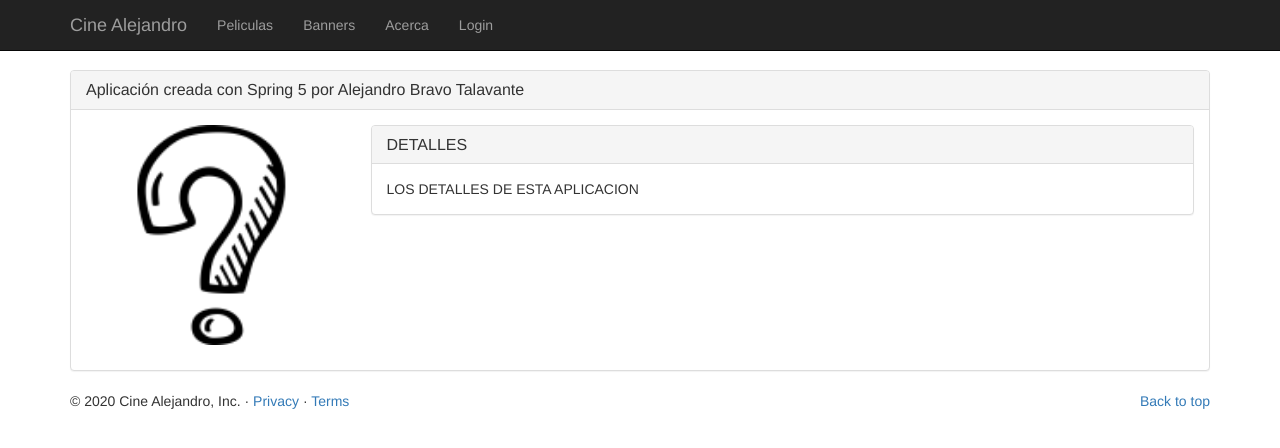
Repository: alejandroBravot/cineSpring
Page: http://localhost/cineapp/WEB-INF/views/acerca.jsp
The author's editor kept a copy of each file at every save. The page is drawn from the files as they stood at one save, then again after the next save.
The browser window is 1280 px wide. The pictures show the whole page.
The page is served by Tomcat 9. Nobody is signed in. Other server files are loaded and not shown. The template is opened directly, without the code that normally fills it, so the values that code supplies are empty.

Above is the page before, as saved 2020-03-30 11:04:44.

### cineapp/webapp/WEB-INF/views/acerca.jsp
<!DOCTYPE html>
<html lang="en">
	<head>
		<meta charset="utf-8">
		<meta http-equiv="X-UA-Compatible" content="IE=edge">
		<meta name="viewport" content="width=device-width, initial-scale=1">
		<meta name="description" content="">
		<meta name="author" content="">
		<title>Acerca</title>

		<link href="bootstrap/css/bootstrap.min.css" rel="stylesheet">
		<link href="bootstrap/css/theme.css" rel="stylesheet">

	</head>

	<body>

		<jsp:include page="includes/menu.jsp"></jsp:include>

		<div class="container theme-showcase" role="main">

			<div class="panel panel-default">
				<div class="panel-heading">
					<h3 class="panel-title">Aplicación creada con Spring 5 por Alejandro Bravo Talavante</h3>
				</div>
				<div class="panel-body">
					<div class="row">
						<div class="col-sm-3">
							<p class="text-center">
								<img class="img-rounded" src="images/acerca.png" alt="Generic placeholder image" height="220">
							</p>
						</div>
						<div class="col-sm-9">
							<div class="panel panel-default">
								<div class="panel-heading">
									<h3 class="panel-title">DETALLES</h3>
								</div>
								<div class="panel-body">
									LOS DETALLES DE ESTA APLICACION
								</div>
							</div>
						</div>
					</div>
				</div>
			</div>

			<jsp:include page="includes/footer.jsp"></jsp:include>

		</div> <!-- /container -->

		<!-- Bootstrap core JavaScript
		================================================== -->
		<!-- Placed at the end of the document so the pages load faster -->
		<script src="https://ajax.googleapis.com/ajax/libs/jquery/1.12.4/jquery.min.js"></script>
		<script src="bootstrap/js/bootstrap.min.js"></script>
	</body>
</html>

### cineapp/webapp/WEB-INF/views/includes/menu.jsp
<%@ page language="java" contentType="text/html; charset=ISO-8859-1"
	pageEncoding="ISO-8859-1"%>
<%@taglib uri="http://java.sun.com/jsp/jstl/core" prefix="c"%>
<%@taglib uri="http://java.sun.com/jsp/jstl/fmt" prefix="fmt"%>
<%@taglib uri="http://www.springframework.org/tags" prefix="spring"%>
<!-- -----------------------MENU---------------------------------------------- -->
	<spring:url value="/" var="urlRoot"/>
	<nav class="navbar navbar-inverse navbar-fixed-top">
		<div class="container">
			<div class="navbar-header">
				<button type="button" class="navbar-toggle collapsed"
					data-toggle="collapse" data-target="#navbar" aria-expanded="false"
					aria-controls="navbar">
					<span class="sr-only">Toggle navigation</span> <span
						class="icon-bar"></span> <span class="icon-bar"></span> <span
						class="icon-bar"></span>
				</button>
				<a class="navbar-brand" href="${urlRoot}">Cine Alejandro</a>
			</div>
			<div id="navbar" class="navbar-collapse collapse">
				<ul class="nav navbar-nav">
					<li><a href="${urlRoot}peliculas/index">Peliculas</a></li>
					<li><a href="${urlRoot}banners/index">Banners</a></li>
					<li><a href="#">Acerca</a></li>
					<li><a href="#">Login</a></li>
				</ul>
			</div>
			<!--/.nav-collapse -->
		</div>
	</nav>

### cineapp/webapp/WEB-INF/views/includes/footer.jsp
	<!-- FOOTER -->
		<footer>
			<p class="pull-right">
				<a href="#">Back to top</a>
			</p>
			<p>
				&copy; 2020 Cine Alejandro, Inc. &middot; <a href="#">Privacy</a>
				&middot; <a href="#">Terms</a>
			</p>
		</footer>

Loaded but not shown: cineapp/webapp/resources/bootstrap/css/bootstrap.min.css (library); cineapp/webapp/resources/bootstrap/css/theme.css (common file); cineapp/webapp/resources/bootstrap/js/bootstrap.min.js (library)

After the next save:
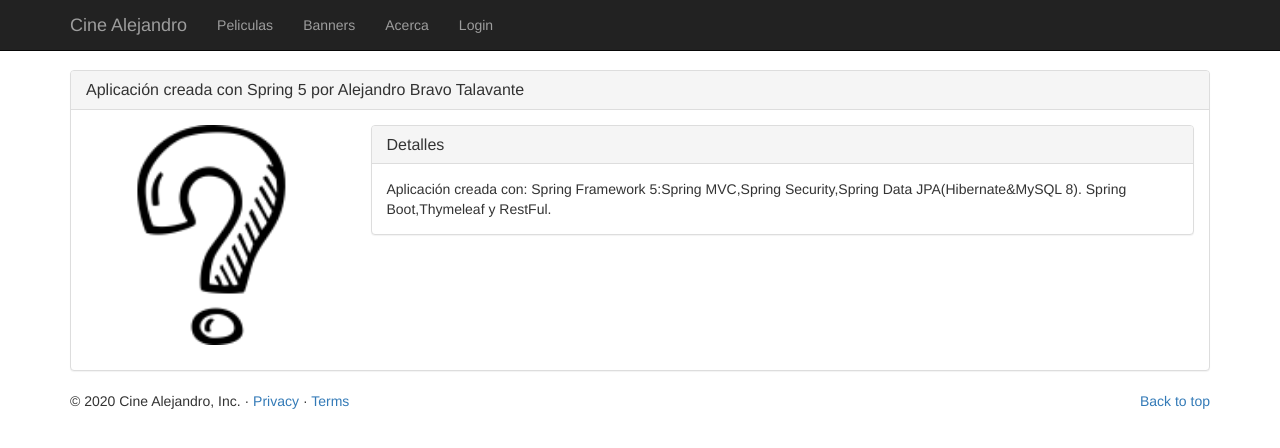
Saved 110 s later.
--- a/cineapp/webapp/WEB-INF/views/acerca.jsp
+++ b/cineapp/webapp/WEB-INF/views/acerca.jsp
@@ -33,10 +33,12 @@
 						<div class="col-sm-9">
 							<div class="panel panel-default">
 								<div class="panel-heading">
-									<h3 class="panel-title">DETALLES</h3>
+									<h3 class="panel-title">Detalles</h3>
 								</div>
 								<div class="panel-body">
-									LOS DETALLES DE ESTA APLICACION
+									Aplicación creada con:
+									Spring Framework 5:Spring MVC,Spring Security,Spring Data JPA(Hibernate&MySQL 8).
+									Spring Boot,Thymeleaf y RestFul.
 								</div>
 							</div>
 						</div>
